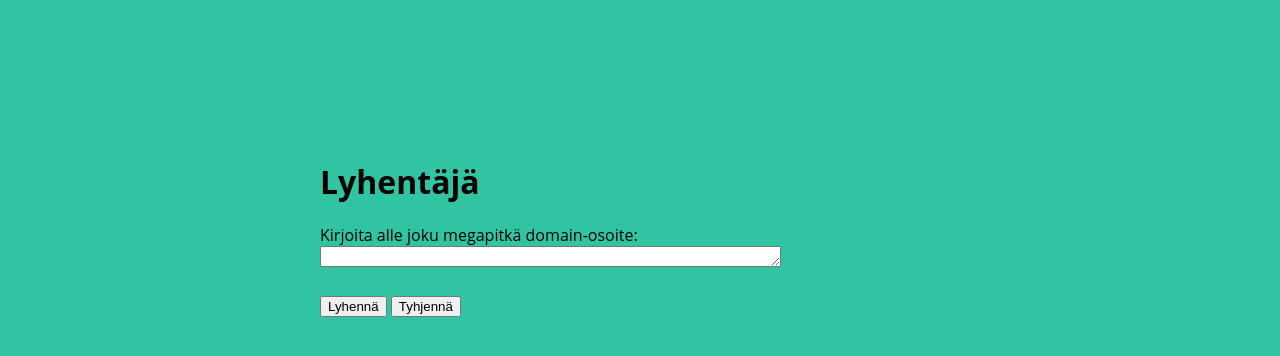
Repository: koodaajakige/knykanen
Page: public_html/redirect/lomake.html
The author's editor kept a copy of each file at every save. The page is drawn from the files as they stood at one save, then again after the next save.
The browser window is 1280 px wide. The pictures show the whole page.

Above is the page before, as saved 2023-01-12 12:16:00.

After the next save:
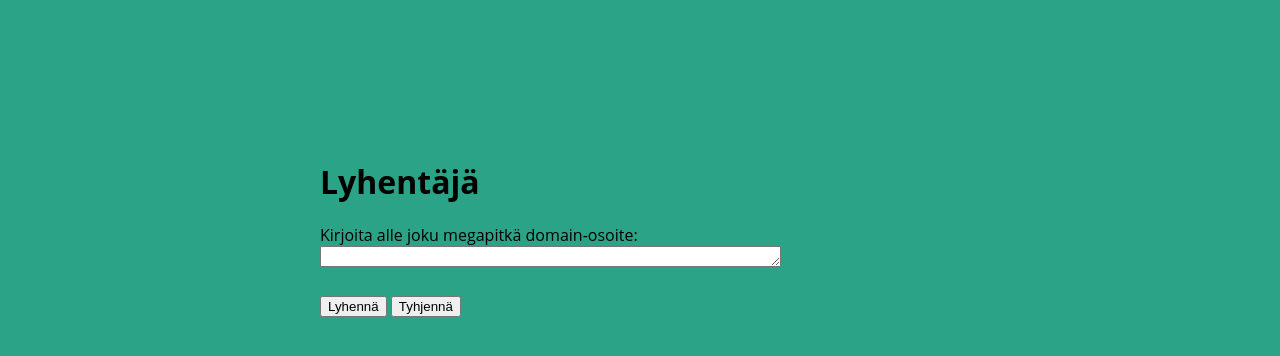
Saved 15 s later.
--- a/public_html/redirect/kigestyle.css
+++ b/public_html/redirect/kigestyle.css
@@ -2,7 +2,7 @@ body {
     font-family: 'Averia Serif Libre', cursive;
 	font-family: 'Open Sans', sans-serif;
     font-size: medium;
-    background-color: rgb(48, 196, 162);
+    background-color: rgb(42, 163, 135);
     max-width: 40em;
 	width: 90%;
 	margin: 10em auto;
